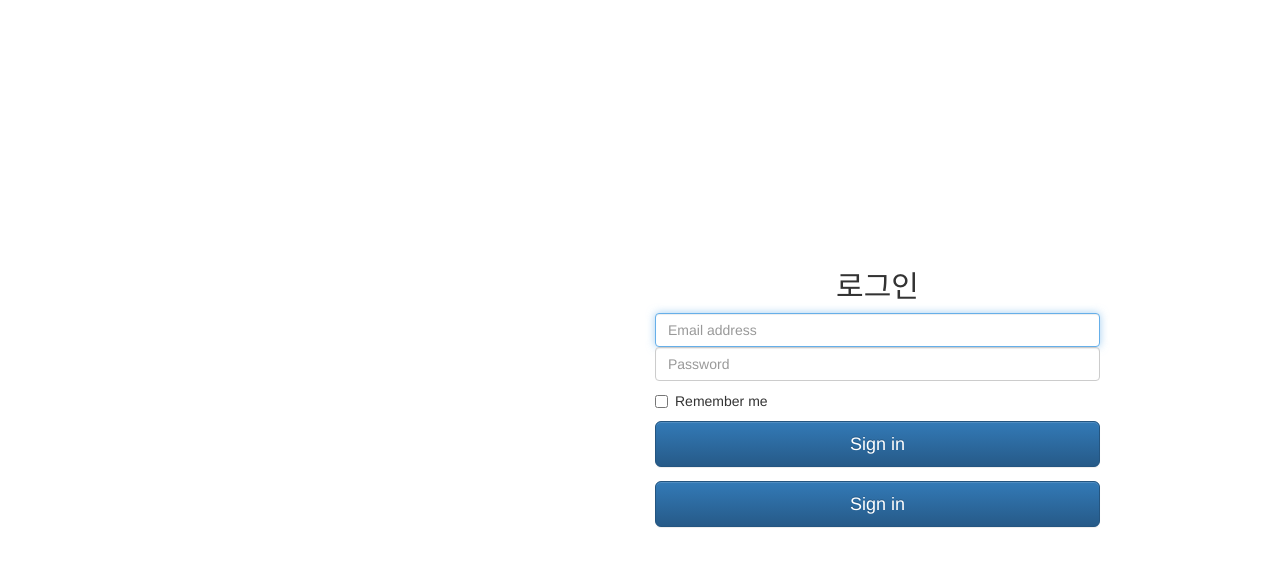
Repository: hrhwbp/Acorn-Final-Project
Page: http://localhost/final_project/index.jsp
An editor plug-in stored every save of this project. The page is shown before and after the next save, followed by the edit.
The browser window is 1280 px wide. The pictures show the whole page.
Some web libraries are served in a nearby version. The page is served by Tomcat 9. Nobody is signed in. The application's start-up code is not run.

Above is the page before, as saved 2016-10-26 03:27:39.

After the next save:
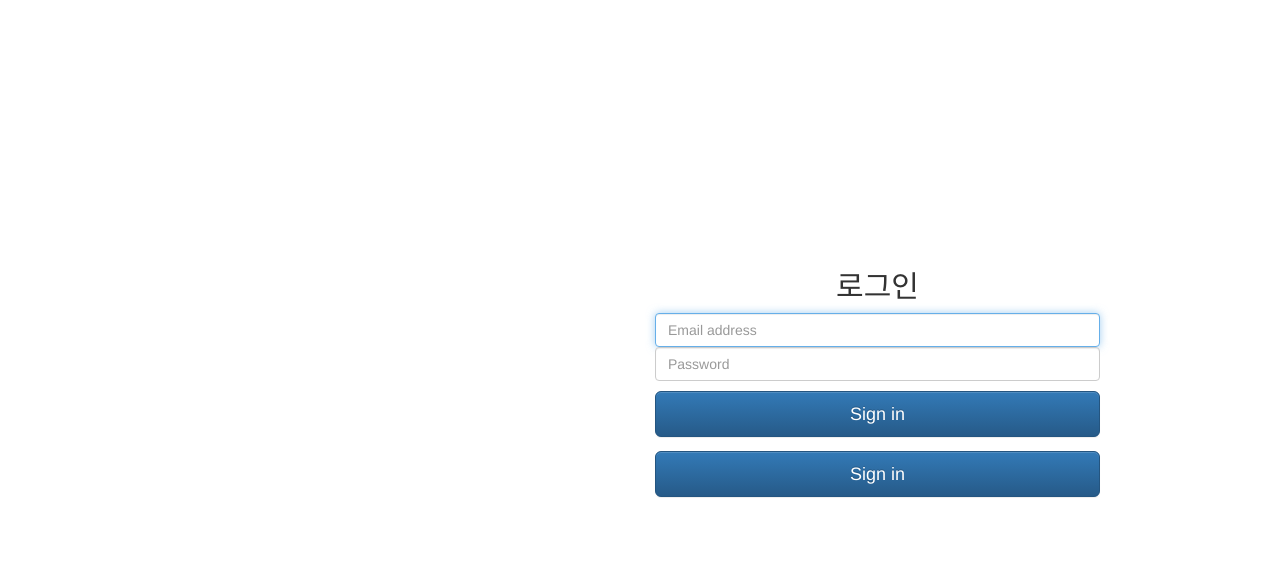
Saved 21 s later.
--- a/final_project/src/main/webapp/index.jsp
+++ b/final_project/src/main/webapp/index.jsp
@@ -32,9 +32,6 @@
 				type="password" id="inputPassword" class="form-control"
 				placeholder="Password" required>
 			<div class="checkbox">
-				<label> <input type="checkbox" value="remember-me">
-					Remember me
-				</label>
 			</div>
 			<button class="btn btn-lg btn-primary btn-block" type="submit">Sign
 				in</button>
